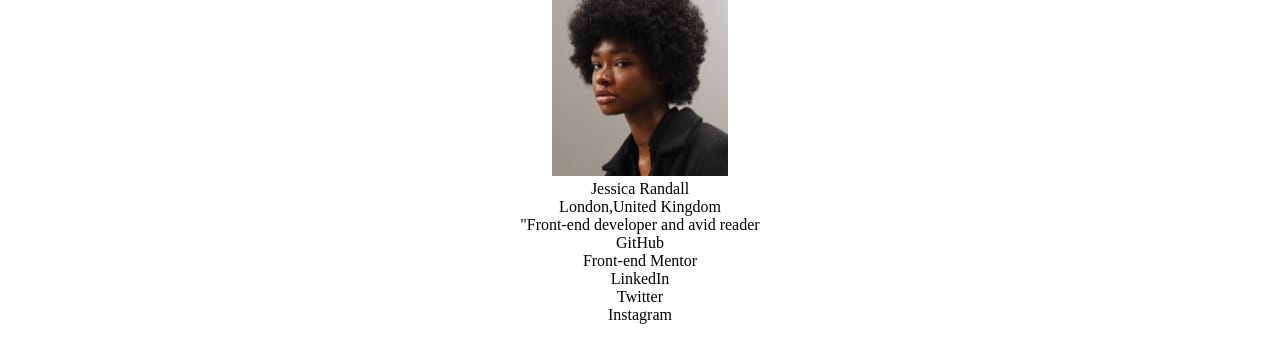
Repository: JosephAbatan05/Social-links-profile
Page: social-links-profile-main/index.html
An editor plug-in stored every save of this project. The page is shown before and after a run of saves, followed by the edit.
The browser window is 1280 px wide. The pictures show the whole page.

Above is the page before, as saved 2025-01-23 13:46:36.

After the next 2 saves:
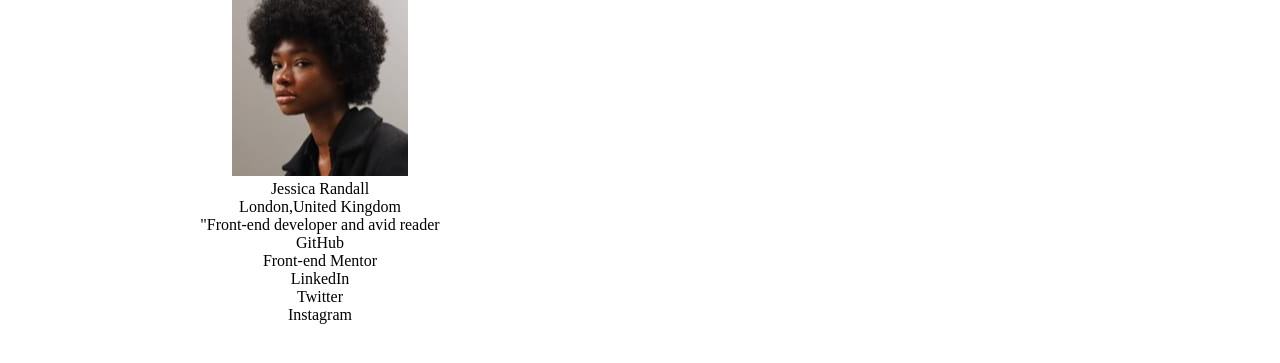
The 2 saves are shown as one change because they came seconds apart.
The last was saved 10 s later.
--- a/social-links-profile-main/styles.css
+++ b/social-links-profile-main/styles.css
@@ -4,8 +4,8 @@
     box-sizing: border-box;
 }
 .container{
+    max-width: 50%;
     text-align: center;
-    margin: 0 auto;
 }
 .img{
     border-radius:50%;

After the 2 saves that followed:
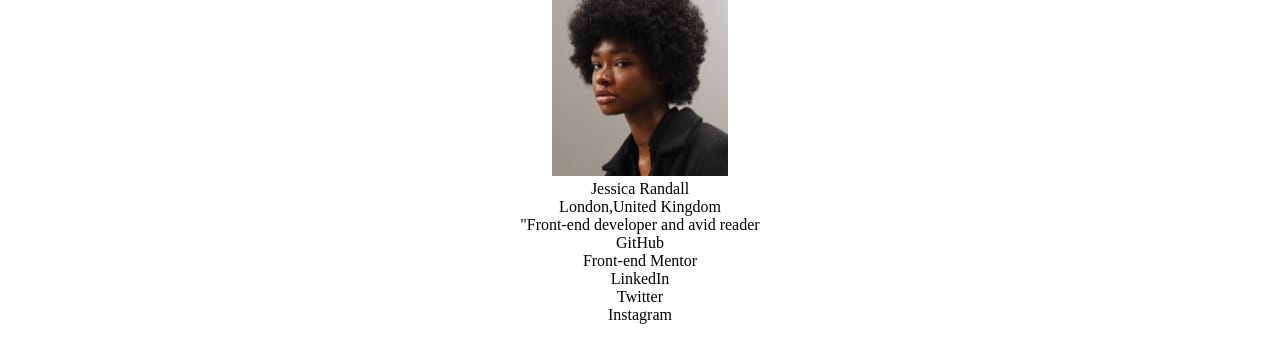
The 2 saves are shown as one change because they came seconds apart.
The last was saved 9 s later.
--- a/social-links-profile-main/styles.css
+++ b/social-links-profile-main/styles.css
@@ -4,8 +4,8 @@
     box-sizing: border-box;
 }
 .container{
-    max-width: 50%;
     text-align: center;
+    margin: 0 auto;
 }
 .img{
     border-radius:50%;
